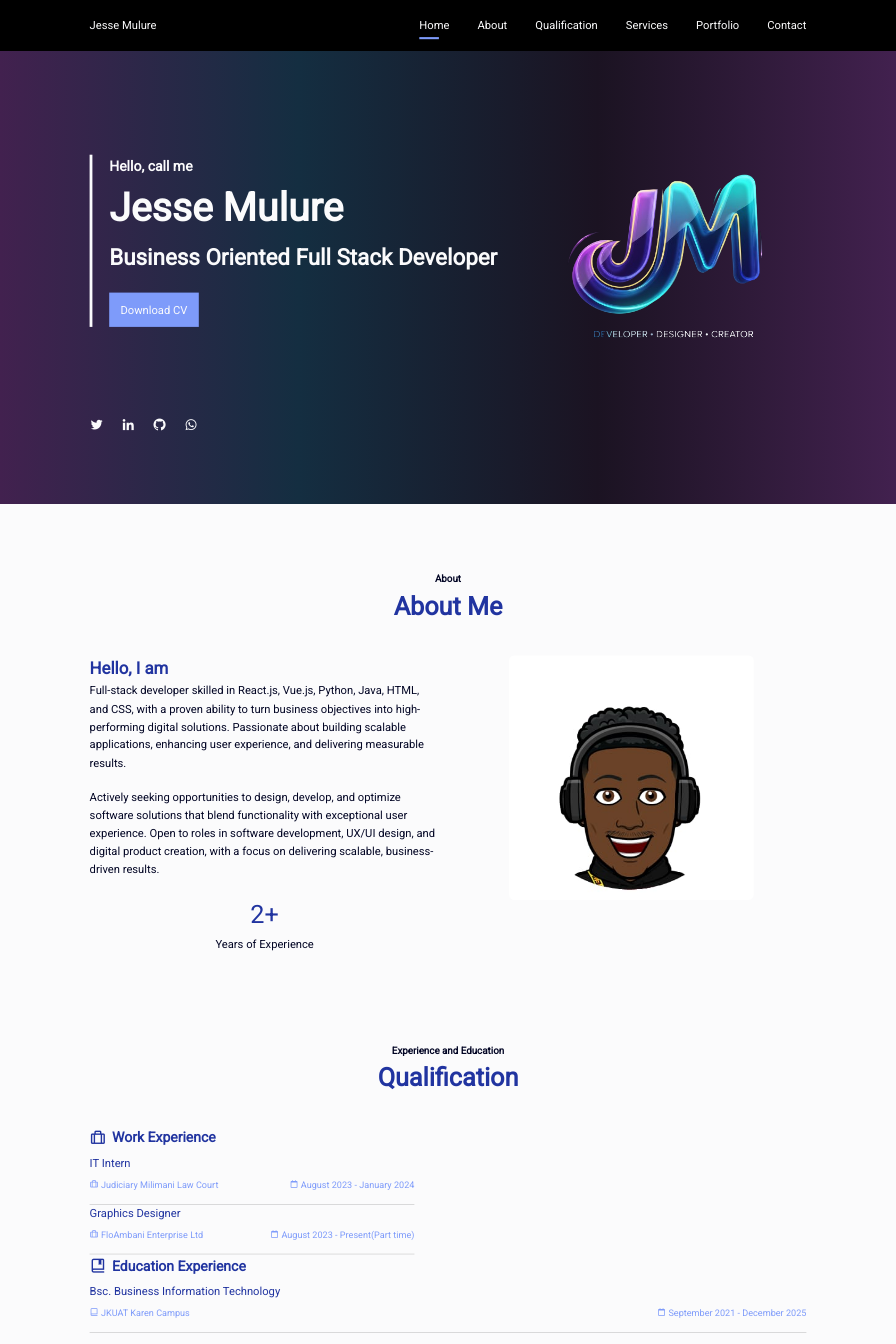
Repository: jessemulure/WorkSpace-CV
Page: index.html
The author's editor kept a copy of each file at every save. The page is drawn from the files as they stood at one save, then again after the next save.
The browser window is 1280 px wide. The pictures show the part of the page from y = 0 to 1920 px (the page is 4866 px tall), at 70% of full size.
A picture or video elsewhere on the page could not be fetched, so the positions and the page height are approximate.

Above is the page before, as saved 2025-09-19 16:03:13.

### index.html
<!DOCTYPE html>
<html lang="en">
  <head>
    <meta charset="UTF-8" />
    <meta name="viewport" content="width=device-width, initial-scale=1.0" />
    <title>Jesse | Portfolio</title>
    <link
      href="https://unpkg.com/boxicons@2.0.7/css/boxicons.min.css"
      rel="stylesheet"
    />
    <link rel="stylesheet" href="./Strengths/CSS/style.css" />
  </head>
  <body>
    <!--scroll top-->

    <a href="#" class="scrolltop" id="scroll-top">
      <i class="bx bx-chevron-up scrolltop__icon"></i>
    </a>
    <!--Header-->

    <header class="l-header" id="header">
      <nav class="nav bd-container">
        <a href="#" class="nav__logo">Jesse Mulure</a>
        <div class="nav__menu" id="nav-menu">
          <ul class="nav__list">
            <li class="nav__item">
              <a href="#home" class="nav__link">Home</a>
            </li>
            <li class="nav__item">
              <a href="#about" class="nav__link">About</a>
            </li>
            <li class="nav__item">
              <a href="#qualification" class="nav__link">Qualification</a>
            </li>
            <li class="nav__item">
              <a href="#services" class="nav__link">Services</a>
            </li>
            <li class="nav__item">
              <a href="#portfolio" class="nav__link">Portfolio</a>
            </li>
            <li class="nav__item">
              <a href="#contact" class="nav__link">Contact</a>
            </li>
          </ul>
        </div>
        <div class="nav__toggle" id="nav-toggle">
          <i class="bx bx-menu"></i>
        </div>
      </nav>
    </header>

    <main class="l-main">
      <!--Home-->

      <section class="home" id="home">
        <div class="home__container bd-container bd-grid">
          <div class="home__data">
            <span class="home__greeting">Hello, call me</span>
            <h1 class="home__name">Jesse Mulure</h1>
            <span class="home__profession">Business Oriented Full Stack Developer</span>
            <a
              download="cv"
              href="/Strengths/PDF/Resume.pdf"
              class="button button-light"
              >Download CV</a
            >
          </div>
          <div class="home__social">
            <a href="https://x.com/jessesteel94" class="home__social-icon"
              ><i class="bx bxl-twitter"></i
            ></a>
            <a
              href="https://www.linkedin.com/in/jesse-mulure-b98a06237/"
              class="home__social-icon"
              ><i class="bx bxl-linkedin"></i
            ></a>
            <a href="https://github.com/jessemulure" class="home__social-icon"
              ><i class="bx bxl-github"></i
            ></a>

            <a href="https://web.whatsapp.com/" class="home__social-icon"
              ><i class="bx bxl-whatsapp"></i
            ></a>
          </div>
          <div class="home__img">
            <img src="./Strengths/Images/bg2.png" alt="" />
          </div>
        </div>
      </section>

      <!--About-->
      <section class="about section bd-container" id="about">
        <span class="section-subtitle">About</span>
        <h2 class="section-title">About Me</h2>

        <div class="about__container bd-grid">
          <div class="about__data bd-grid">
            <p class="about__description">
              <span>Hello, I am <br /></span>
              Full-stack developer skilled in React.js, Vue.js, Python, Java, HTML, and CSS, with a proven ability to turn business objectives into high-performing digital solutions. Passionate about building scalable applications, enhancing user experience, and delivering measurable results.
            </p>
            <p class="about__description">
              Actively seeking opportunities to design, develop, and optimize software solutions that blend functionality with exceptional user experience. Open to roles in software development, UX/UI design, and digital product creation, with a focus on delivering scalable, business-driven results.
            </p>

            <div>
              <span class="about__number">2+</span>
              <span class="about__achievement">Years of Experience</span>
            </div>
          </div>
          <img src="./Strengths/Images/Bitmoji.jpg" alt="" class="about__img" />
        </div>
      </section>

      <!--Qualification-->

      <section class="qualification section bd-container" id="qualification">
        <span class="section-subtitle">Experience and Education</span>
        <h2 class="section-title">Qualification</h2>
        <div class="qualification__container bd-grid">
          <div class="qualification__content">
            <h2 class="qualification__title">
              <i class="bx bx-briefcase-alt qualification__title-icon"></i>
              Work Experience
            </h2>

              <div class="qualification__data">
                <h3 class="qualification__area">IT Intern</h3>
                <div class="qualification__box">
                  <span class="qualification__work">
                    <i class="bx bx-briefcase-alt qualification__icon"></i>
                    Judiciary Milimani Law Court
                  </span>
                  <span class="qualification__work">
                    <i class="bx bx-calendar-alt qualification__icon"></i>
                    August 2023 - January 2024
                  </span>
                </div>
              </div>
              <div class="qualification__data">
                <h3 class="qualification__area">Graphics Designer</h3>
                <div class="qualification__box">
                  <span class="qualification__work">
                    <i class="bx bx-briefcase-alt qualification__icon"></i>
                    FloAmbani Enterprise Ltd
                  </span>
                  <span class="qualification__work">
                    <i class="bx bx-calendar-alt qualification__icon"></i>
                    August 2023 - Present(Part time)
                  </span>
                </div>
              </div>
            </div>
          </div>
          <div class="qualification__content">
            <h2 class="qualification__title">
              <i class="bx bx-book-bookmark qualification__title-icon"></i>
              Education Experience
            </h2>
            <div class="bd-grid">
              <div class="qualification__data">
                <h3 class="qualification__area">Bsc. Business Information Technology</h3>
                <div class="qualification__box">
                  <span class="qualification__work">
                    <i class="bx bx-book-alt qualification__icon"></i>
                    JKUAT Karen Campus
                  </span>
                  <span class="qualification__work">
                    <i class="bx bx-calendar-alt qualification__icon"></i>
                    September 2021 - December 2025
                  </span>
                </div>
              </div>
            </div>
          </div>
        </div>
      </section>

      <!--Services-->

      <section class="services section bd-container" id="services">
        <span class="section-subtitle">What I offer</span>
        <h2 class="section-title">Services</h2>
        <div class="services__container bd-grid">
          <div class="services__data">
            <i class="bx bx-laptop services__icon"></i>
            <h3 class="services__title">web Development</h3>
            <p class="services__description">
    Start with something simple and small, then expand over time.
            </p>
            <a
              href="https://github.com/jessemulure"
              target="know"
              class="button"
            >
              Know More</a
            >
          </div>
          <div class="services__data">
            <i class="bx bx-palette services__icon"></i>
            <h3 class="services__title">UI/UX Design</h3>
            <p class="services__description">
              Paul Rand said, "Design is so simple. That's why it's so complicated"
            </p>
            <a
              href="https://photos.app.goo.gl/9uH71zvLJfPmJ7QH6"
              class="button"
              target="know"
            >
              Know More</a
            >
          </div>
          <div class="services__data">
            <i class="bx bx-camera services__icon"></i>
            <h3 class="services__title">Video Editing</h3>
            <p class="services__description">
              Your mobile device has quickly become the easiest portal into your
              digital self.
            </p>
            <a
              href="https://photos.app.goo.gl/BC7smE9jhtMda4Fh6"
              class="button"
              target="know"
            >
              Know More</a
            >
          </div>
        </div>
      </section>

      <!--Portfolio-->
      <section class="portfolio section bd-container" id="portfolio">
        <span class="section-subtitle">My recent projects</span>
        <h2 class="section-title">Portfolio</h2>
        <div class="portfolio__nav">
          <span class="portfolio__item active-portfolio" data-filter="all"
            >All</span
          >
          <span class="portfolio__item" data-filter=".web">Web</span>
          <span class="portfolio__item" data-filter=".ui">UI/UX</span>
          <span class="portfolio__item" data-filter=".app">Editor</span>
        </div>
        <div class="portfolio__container bd-grid">
          <!---Web sections-->
          <div class="portfolio__content mix web">
            <a href="#"
              ><img
                src="./Strengths/Images/calc.png"
                alt=""
                class="portfolio__img"
            /></a>
            <div class="portfolio__data">
              <span class="portfolio__subtitle">web Development</span>
              <a href="https://github.com/jessemulure"
                ><h2 class="portfolio__title">A simple Calculator</h2></a
              >
              <a
                href="https://github.com/jessemulure"
                target="details"
                class="button button-link"
                >View Details</a
              >
            </div>
          </div>

          <div class="portfolio__content mix web">
            <a href="#"
              ><img
                src="./Strengths/Images/tribute.jpg"
                alt="Best"
                class="portfolio__img"
            /></a>
            <div class="portfolio__data">
              <span class="portfolio__subtitle">web Development</span>
              <a href="https://github.com/jessemulure" target="neat"
                ><h2 class="portfolio__title">A simple Tribute Web page</h2></a
              >
              <a
                href="https://github.com/jessemulure"
                class="button button-link"
                >View Details</a
              >
            </div>
          </div>

          <div class="portfolio__content mix web">
            <a href="#"
              ><img
                src="./Strengths/Images/tic-tac-toe.png"
                alt="Best"
                class="portfolio__img"
            /></a>
            <div class="portfolio__data">
              <span class="portfolio__subtitle">web Development</span>
              <a href="https://github.com/jessemulure" target="neat"
                ><h2 class="portfolio__title">A simple Tic-tac</h2></a
              >
              <a
                href="https://github.com/jessemulure"
                class="button button-link"
                >View Details</a
              >
            </div>
          </div>

          <!---UI sections-->
          <div class="portfolio__content mix ui">
            <a href="#"
              ><img
                src="./Strengths/Images/58.jpg"
                alt="neat"
                class="portfolio__img"
            /></a>
            <div class="portfolio__data">
              <span class="portfolio__subtitle">Graphic Designs</span>
              <a
                href="https://photos.app.goo.gl/9uH71zvLJfPmJ7QH6"
                target="neat"
                ><h2 class="portfolio__title">Flyer|Posters</h2></a
              >
              <a
                href="https://photos.app.goo.gl/9uH71zvLJfPmJ7QH6"
                target="neat"
                class="button button-link"
                >View Details</a
              >
            </div>
          </div>

          <div class="portfolio__content mix ui">
            <a href="#"
              ><img
                src="./Strengths/Images/best.jpg"
                alt="neat"
                class="portfolio__img"
            /></a>
            <div class="portfolio__data">
              <span class="portfolio__subtitle">Graphic Design</span>
              <a href="https://photos.app.goo.gl/9uH71zvLJfPmJ7QH6"
                ><h2 class="portfolio__title">Banners</h2></a
              >
              <a
                href="https://photos.app.goo.gl/9uH71zvLJfPmJ7QH6"
                target="neat"
                class="button button-link"
                >View Details</a
              >
            </div>
          </div>
          <div class="portfolio__content mix ui">
            <a href="#"
              ><img
                src="./Strengths/Images/Logo.png"
                alt="neat"
                class="portfolio__img"
            /></a>
            <div class="portfolio__data">
              <span class="portfolio__subtitle">Graphic Design</span>
              <a href="https://photos.app.goo.gl/9uH71zvLJfPmJ7QH6"
                ><h2 class="portfolio__title">Logos|Business Cards</h2></a
              >
              <a
                href="https://photos.app.goo.gl/9uH71zvLJfPmJ7QH6 "
                target="neat"
                class="button button-link"
                >View Details</a
              >
            </div>
          </div>

          <!---Editor sections-->
          <div class="portfolio__content mix app">
            <a
              href="https://photos.app.goo.gl/BC7smE9jhtMda4Fh6"
              ><img
                src="./Strengths/Images/Img1.jpeg"
                alt="edit"
                class="portfolio__img"
            /></a>
            <div class="portfolio__data">
              <span class="portfolio__subtitle">A Marketing Ad</span>
              <a
                href="https://photos.app.goo.gl/BC7smE9jhtMda4Fh6"
                ><h2 class="portfolio__title">Roy Globally Solution Limited</h2></a
              >
              <a
                href="https://photos.app.goo.gl/BC7smE9jhtMda4Fh6"
                target="neat"
                class="button button-link"
                >View Details</a
              >
            </div>
          </div>
              <div class="portfolio__content mix app">
            <a
              href="https://photos.app.goo.gl/BC7smE9jhtMda4Fh6"
              ><img
                src="./Strengths/Images/Img2.jpg"
                alt="edit"
                class="portfolio__img"
            /></a>
            <div class="portfolio__data">
              <span class="portfolio__subtitle">One Edit at a time</span>
              <a
                href="https://photos.app.goo.gl/BC7smE9jhtMda4Fh6"
                ><h2 class="portfolio__title">Movie Scenes</h2></a
              >
              <a
                href="https://photos.app.goo.gl/BC7smE9jhtMda4Fh6"
                target="neat"
                class="button button-link"
                >View Details</a
              >
            </div>
          </div>

              <div class="portfolio__content mix app">
            <a
              href="https://photos.app.goo.gl/BC7smE9jhtMda4Fh6"
              ><img
                src="./Strengths/Images/Img3.jpg"
                alt="edit"
                class="portfolio__img"
            /></a>
            <div class="portfolio__data">
              <span class="portfolio__subtitle">Lets make magic</span>
              <a
                href="https://photos.app.goo.gl/BC7smE9jhtMda4Fh6"
                ><h2 class="portfolio__title">Job Ads</h2></a
              >
              <a
                href="https://photos.app.goo.gl/9uH71zvLJfPmJ7QH6"
                target="neat"
                class="button button-link"
                >View Details</a
              >
            </div>
          </div>

      </section>
      <!--Testimonials-->

      <!--contact Me-->
      <section class="contact section bd-container" id="contact">
        <span class="section-subtitle">For Projects</span>
        <h2 class="section-title">Lets Chat</h2>

        <div class="contact__container bd-grid">
          <div class="contact__content bd-grid">
            <div class="contact__box">
              <i class="bx bxs-phone contact__icon"></i>
              <h3 class="contact__title">Phone</h3>
              <span class="contact__description">+254 759398188</span>
            </div>

            <div class="contact__box">
              <i class="bx bxs-envelope contact__icon"></i>
              <h3 class="contact__title">Gmail</h3>
              <span class="contact__description">mulurembayi@gmail.com</span>
            </div>

            <div class="contact__box">
              <i class="bx bxs-chat contact__icon"></i>
              <h3 class="contact__title">Chat</h3>
              <div>
                <a
                  href="https://wa.me/254784071977"
                  target="chat"
                  class="contact__social"
                  ><i class="bx bxl-whatsapp"></i
                ></a>
                <a
                  href="https://x.com/jessesteel94"
                  target="chat"
                  class="contact__social"
                  ><i class="bx bxl-twitter"></i
                ></a>
                <a
                  href="https://mail.google.com/mail/u/0/#inbox"
                  target="chat"
                  class="contact__social"
                  ><i class="bx bxs-envelope"></i
                ></a>
              </div>
            </div>
          </div>
        </div>
      </section>
    </main>

    <!--footer-->
    <footer class="footer">
      <div class="footer__container bd-container">
        <h1 class="footer__title">Jesse Mulure</h1>
        <p class="footer__description">My portfolio</p>
        <div class="footer__social">
          <a
            href="https://www.linkedin.com/in/jesse-mulure-b98a06237/"
            class="footer__link"
            ><i class="bx bxl-linkedin"></i
          ></a>
          <a href="https://github.com/jessemulure" class="footer__link"
            ><i class="bx bxl-github"></i
          ></a>
          <a href="https://wa.me/254784071977" class="footer__link"
            ><i class="bx bxl-whatsapp"></i
          ></a>
        </div>
        <p id="date" class="footer__copy"></p>
        <span class="footer__copy">&#169; Jesse Mulure</span>
      </div>
    </footer>
    <!--Mix it up filter-->
    <script src="./Strengths/Js/mixitup.main.js"></script>
    <script src="https://unpkg.com/scrollreveal"></script>
    <!--swiper js-->

    <script src="./Strengths/Js/main.js"></script>
  </body>

  <script>
    const year = new Date();
    document.getElementById("date").innerHTML = year.getFullYear();
  </script>
</html>

Loaded but not shown: Strengths/Js/mixitup.main.js (3980 lines, source omitted); Strengths/Js/main.js (113 lines, source omitted); Strengths/CSS/style.css (731 lines, source omitted)

After the next save:
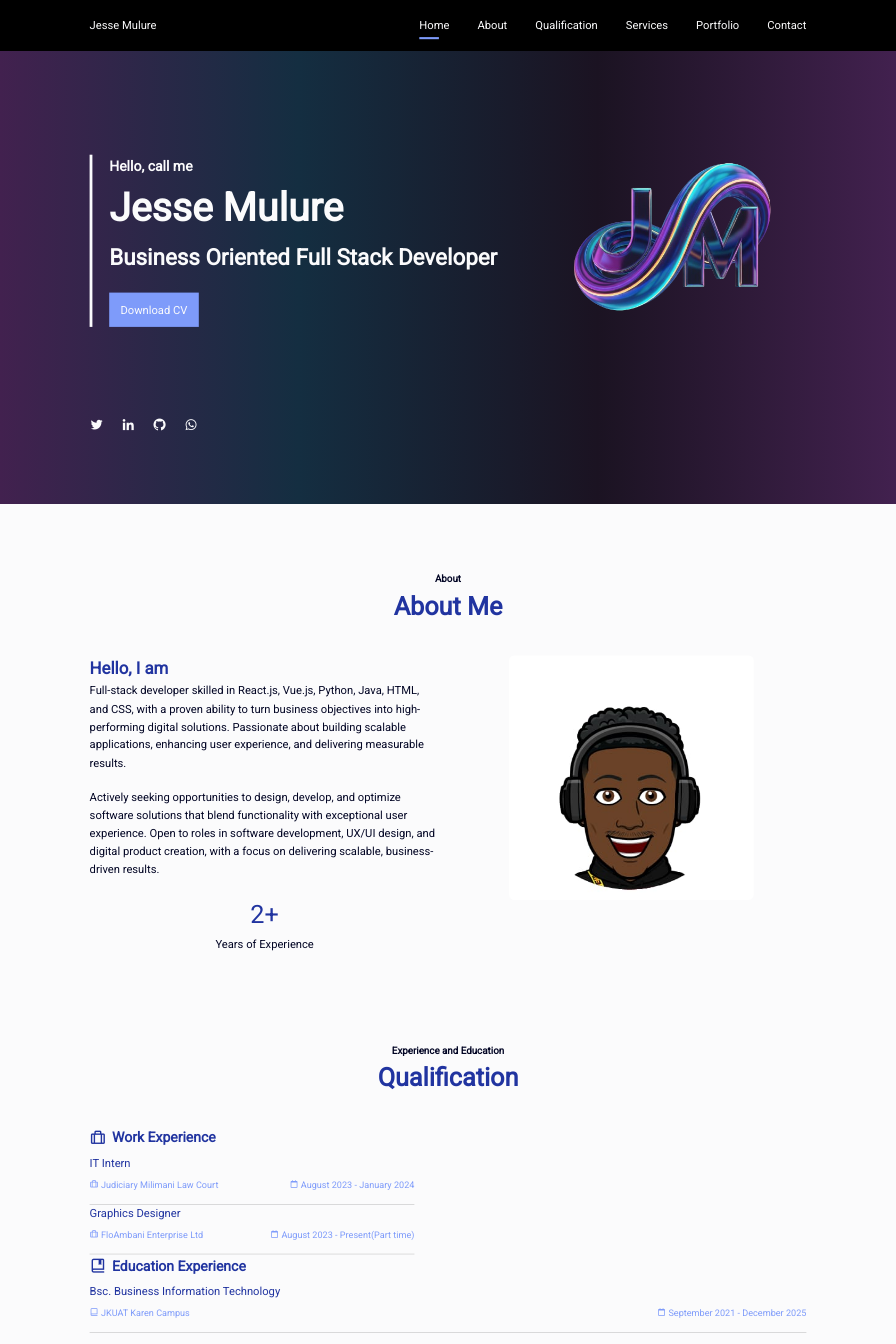
Saved 38 s later.
--- a/index.html
+++ b/index.html
@@ -83,7 +83,7 @@
             ></a>
           </div>
           <div class="home__img">
-            <img src="./Strengths/Images/bg2.png" alt="" />
+            <img src="./Strengths/Images/BG.png" alt="" />
           </div>
         </div>
       </section>

After the save that followed:
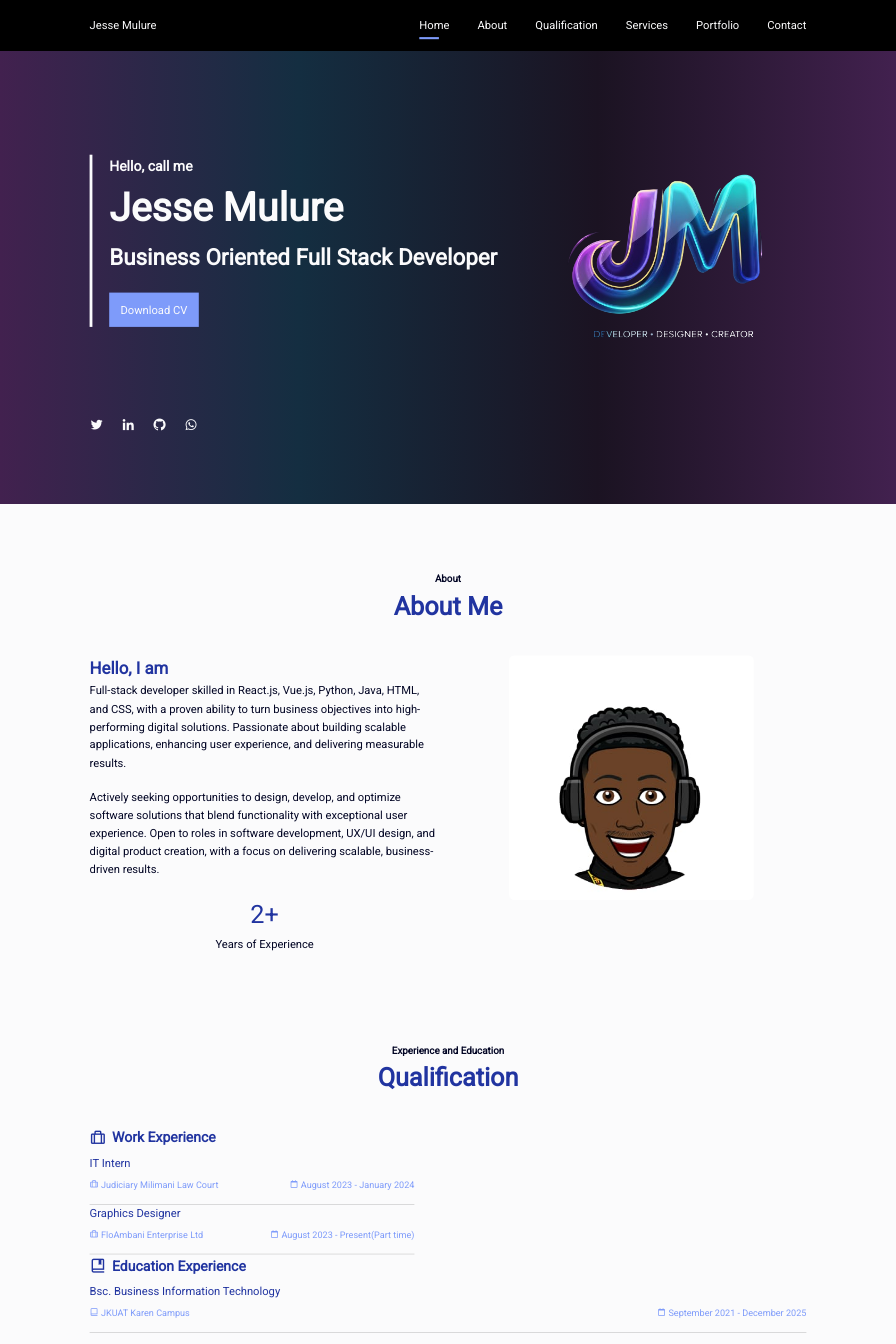
Saved 10 s later.
--- a/index.html
+++ b/index.html
@@ -83,7 +83,7 @@
             ></a>
           </div>
           <div class="home__img">
-            <img src="./Strengths/Images/BG.png" alt="" />
+            <img src="./Strengths/Images/bg2.png" alt="" />
           </div>
         </div>
       </section>
